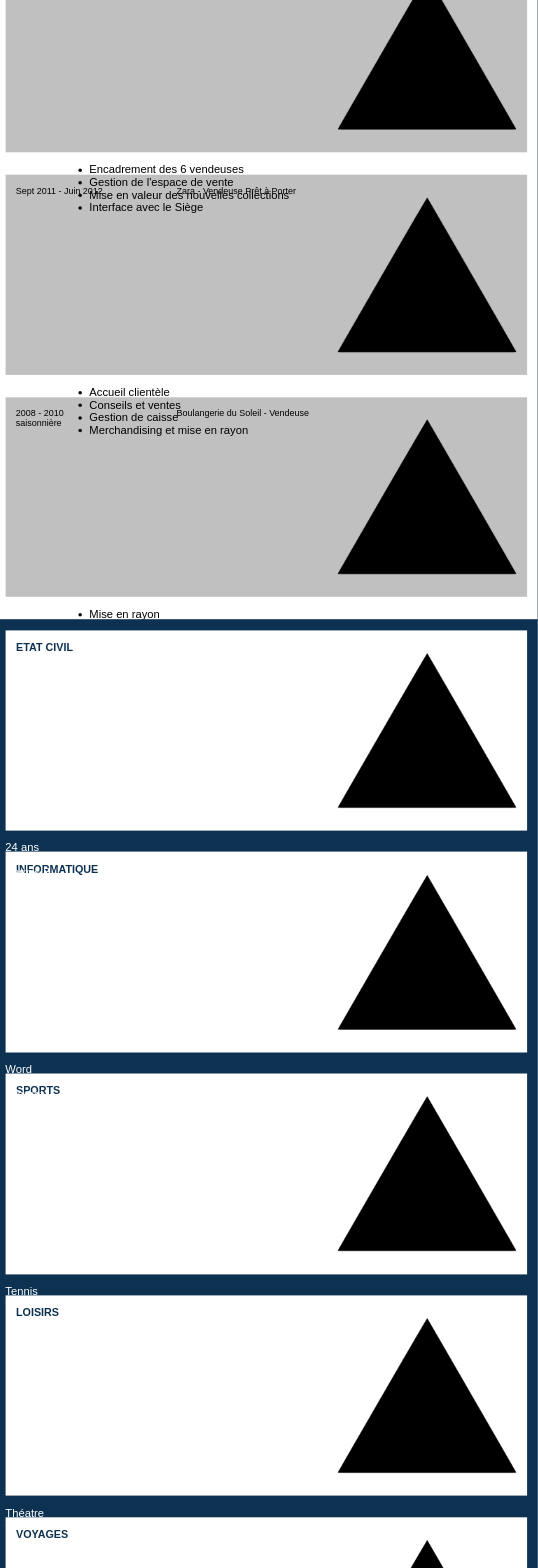
Repository: evalwebmeteofullstack/Gestion_meteo
Page: Notes/Exercices/static/ExoCV/CV.html
An editor plug-in stored every save of this project. The page is shown before and after the next save, followed by the edit.
The browser window is 768 px wide. The pictures show the part of the page from y = 481 to 2721 px (the page is 2987 px tall before and 3067 px after), at 70% of full size.
The first `#CkExp1` is checked.

Above is the page before, as saved 2019-01-29 16:11:00.

### Notes/Exercices/static/ExoCV/CV.html
<!DOCTYPE html5>
<link rel="stylesheet" type="text/css" type="text/css"
	href="StyleCV.css" />
<meta charset="ISO-8859-1">
<meta name="viewport"
	content="user-scalable=no,initial-scale=1, minimum-scale=1, maximum-scale=1, width=device-width">
<html lang="fr">
<head>
<title>CV Alexandra Billu</title>
</head>
<body>
	<!-- *********************************************************************************** -->
	<!-- 								PREMIERE DIV 										-->
	<!-- *********************************************************************************** -->
	<header id="titre">
		<h1>Responsable Point de Vente Prêt à Porter</h1>
	</header>
	<!-- *********************************************************************************** -->
	<!-- 								DEUXIEME DIV 										-->
	<!-- *********************************************************************************** -->
	<div id="divID">
		<header id="imgObe">
			<img src="../Images/obelix-little.gif" />
		</header>
		<article>
			<header>
				<h2>Obelix POTTER</h2>
			</header>
			<p>12, rue Saint-Rome - 31000 Toulouse</p>
			<p>05 61 06 06 06</p>
			<p>06 62 43 56 12</p>
			<p>alex21.billu@gmail.com</p>
		</article>
	</div>
	<!-- *********************************************************************************** -->
	<!-- 								TROISIEME DIV 										-->
	<!-- *********************************************************************************** -->
	<div id="divPro">
		<!-- *********************************************************************************** -->
		<!-- 								SECTION 1 										-->
		<!-- *********************************************************************************** -->
		<section>
			<header>
				<h2>FORMATION</h2>
			</header>
			<article>
				<header>
					<span>Sept 2012 - Juin 2014</span> <span><b>BTS Commerce</b></span>
				</header>
				<p>En alternance à Toulouse</p>
			</article>
			<br />
			<article>
				<header>
					<span>Sept 2010 - Juin 2011</span> <span><b>Baccalauréat
							STMG</b></span>
				</header>
				<p>Lycée Emilie de Rodat à Toulouse</p>
			</article>
		</section>
		<!-- *********************************************************************************** -->
		<!-- 								SECTION 2 										-->
		<!-- *********************************************************************************** -->
		<section id="sectExp">
			<header>
				<h2>EXPERIENCES PROFESSIONNELLES</h2>
			</header>
			<article>
				<label for="CkExp1">
					<span>Jan 2014 - Juin 2014</span> <span>Desigual -
						Responsable Point de Vente</span><img class="triangle"
						src="../Images/triangle-png-6.png">
				</label>
				<input type="checkbox" id="CkExp1">
				<ul id="Ul1">
					<li>Encadrement des 6 vendeuses</li>
					<li>Gestion de l'espace de vente</li>
					<li>Mise en valeur des nouvelles collections</li>
					<li>Interface avec le Siège</li>
				</ul>
			</article>
			<article>
				<label for="CkExp2">
					<span>Sept 2011 - Juin 2012</span> <span>Zara - Vendeuse
						Prêt à Porter</span><img class="triangle"
						src="../Images/triangle-png-6.png">
				</label>
				<input type="checkbox" id="CkExp2">
				<ul id="Ul2">
					<li>Accueil clientèle</li>
					<li>Conseils et ventes</li>
					<li>Gestion de caisse</li>
					<li>Merchandising et mise en rayon</li>
				</ul>
			</article>
			<article>
				<label for="CkExp3">
					<span>2008 - 2010 <br />saisonnière
					</span> <span>Boulangerie du Soleil - Vendeuse</span> <img
						class="triangle" src="../Images/triangle-png-6.png">
				</label>
				<input type="checkbox" id="CkExp3">
				<ul id="Ul3">
					<li>Mise en rayon</li>
					<li>Vente</li>
					<li>Gestion de caisse</li>
				</ul>
			</article>
		</section>
	</div>
	<!-- *********************************************************************************** -->
	<!-- 								QUATRIEME DIV 										-->
	<!-- *********************************************************************************** -->
	<div id="divDivers">
		<!-- **********************************************************************************-->
		<!-- 								SECTION 1								-->
		<!-- *********************************************************************************** -->
		<article>
			<label for="CkCiv">ETAT CIVIL<img class="triangle"
				src="../Images/triangle-png-6.png">
			</label> <input type="checkbox" id="CkCiv">
			<div id="divPCiv">
				<p>24 ans</p>
				<p>Nationalité Française</p>
				<p>Permis B</p>
			</div>
		</article>
		<article>
			<label for="CkInfo">INFORMATIQUE<img class="triangle"
				src="../Images/triangle-png-6.png">
			</label> <input type="checkbox" id="CkInfo">
			<div id="divPInfo">
				<p>Word</p>
				<p>Excel</p>
				<p>Internet</p>
			</div>
		</article>
		<article>
			<label for="CkSport">SPORTS<img class="triangle"
				src="../Images/triangle-png-6.png">

			</label> <input type="checkbox" id="CkSport">
			<div id="divPSport">
				<p>Tennis</p>
				<p>Golf</p>
			</div>
		</article>
		<article>
			<label for="CkLoisir">LOISIRS<img class="triangle"
				src="../Images/triangle-png-6.png">
			</label><input type="checkbox" id="CkLoisir">
			<div id="divPLoisir">
				<p>Théatre</p>
				<p>Cinéma</p>
			</div>
		</article>
		<article>
			<label for="CkVoyage"> VOYAGES<img class="triangle"
				src="../Images/triangle-png-6.png">
			</label><input type="checkbox" id="CkVoyage">
			<div id="divPVoyage">
				<p>Brésil</p>
				<p>Australie</p>
				<p>Argentine</p>
			</div>
		</article>
	</div>
</body>
</html>

### Notes/Exercices/static/ExoCV/StyleCV.css
* {
	box-sizing: border-box;
}

body {
	display: flex;
	flex-direction: row;
	flex-wrap: wrap;
	justify-content: flex-end;
	width: 100%;
	margin: 0;
	font-family: sans-serif;
}

p {
	margin: 0%;
}

h1 {
	margin: 0;
}

#imgObe {
	text-align: center;
}

#imgObe img {
	border: 0.3em solid #c0c0c0;
	border-radius: 0.4em;
}

#titre {
	width: 80%;
	font-size: 1.5em;
	padding-left: 1%;
	margin-bottom: 18%;
}

#divID {
	display: flex;
	flex-direction: column;
	width: 20%;
	background-color: #0D3150;
	color: #ffffff;
	border-bottom: 2px solid #c0c0c0;
	padding-bottom: 1%;
	padding-top: 1%;
	padding-left: 1%;
}

#divID article {
	padding-top: 1%;
}

#divPro {
	display: flex;
	flex-direction: column;
	width: 80%;
	margin-top: -18%;
	padding-left: 1%;
	padding-right: 2%;
	left: 0;
}

#divPro p {
	margin-left: 10em;
}

div section h2 {
	color: #ffffff;
	background-color: #0D3150;
	padding-left: 1%;
	font-size: 1.8em;
}

#sectExp article label {
	background-color: #c0c0c0;
	display: flex;
	flex-direction: row;
}

#sectExp article span {
	width: 70%;
}

#sectExp article ul {
	margin-left: 5em;
}

#divDivers {
	display: flex;
	flex-direction: column;
	width: 20%;
	background-color: #0D3150;
	color: #ffffff;
	padding-left: 1%;
}

#divDivers label {
	color: #0D3150;
	background-color: #ffffff;
	margin-right: 2%;
	padding-left: 1%;
	font-size: 1.2em;
	font-weight: bold;
}

.triangle {
	height: 0;
	opacity: 0;
}

input[type=checkbox] {
	display: none;
}

@media screen and (min-width : 250px) and (max-width: 900px) {
	body {
		display: flex;
		flex-direction: column;
		font-size: 0.8em;
	}
	#divPro section header h2 {
		color: #ffffff;
		background-color: #0D3150;
		padding-left: 2%;
		font-size: 1.5em;
	}
	#sectExp article label {
		padding: 2%;
		margin-top: 2%;
		margin-bottom: 2%;
	}
	#imgObe {
		text-align: right;
		margin-right: 1%;
		background-color: pink;
	}
	#imgObe img {
		max-width: 100%;
		height: auto;
	}
	#titre {
		font-size: 1.2em;
		width: 100%;
		margin-bottom: 0%;
	}
	#divID {
		display: flex;
		flex-direction: row-reverse;
		justify-content: flex-end;
		width: 100%;
		color: black;
		background-color: #ffffff;
		border-bottom: 0;
	}
	#divID article {
		width: 80%;
	}
	#divID article header {
		color: #ffffff;
		background-color: #0D3150;
		padding-left: 2%;
		font-size: 1em;
	}
	#divPro {
		width: 100%;
		margin-top: 0%;
	}
	#divDivers {
		width: 100%;
	}
	#divDivers label {
		display: flex;
		justify-content: space-between;
		padding: 2%;
		margin-top: 2%;
		margin-bottom: 2%;
	}
	#sectExp article header {
		padding-right: 1%;
	}
	.triangle {
		height: 2%;
		opacity: 1;
	}

	#sectExp article
	#Ul1, #Ul2, #Ul3 {
		height: 0px;
		/*opacity: 0;*/
		transition: 1s;
		visibility: hidden;
	}
	#CkExp1:checked+#Ul1 {
		/*display: flex;
		flex-direction: column;*/
		/*height: 80px;
		opacity: 1;
		transition: 1s;*/
		visibility:visible;
	}
	#CkExp2:checked+#Ul2 {
		/*height: 80px;
		opacity: 1;
		transition: 1s;
		animation: spin 2s;*/
		visibility: visible;
	}
	#CkExp3:checked+#Ul3 {
		/*height: 80px;
		opacity: 1;
		transition: 1s;*/
		visibility:visible;
	}
	#divDivers article
	#divPCiv, #divPInfo, #divPSport, #divPLoisir, #divPVoyage {
		height: 0;
		opacity: 0;
		transition: 1s;
	}
	#CkCiv:checked+#divPCiv {
		height: 80px;
		opacity: 1;
		transition: 1s;
	}
	#CkInfo:checked+#divPInfo {
		height: 80px;
		opacity: 1;
		transition: 1s;
	}
	#CkSport:checked+#divPSport {
		height: 80px;
		opacity: 1;
		transition: 1s;
	}
	#CkLoisir:checked+#divPLoisir {
		height: 80px;
		opacity: 1;
		transition: 1s;
	}
	#CkVoyage:checked+#divPVoyage {
		height: 80px;
		opacity: 1;
		transition: 1s;
	}
}

After the next save:
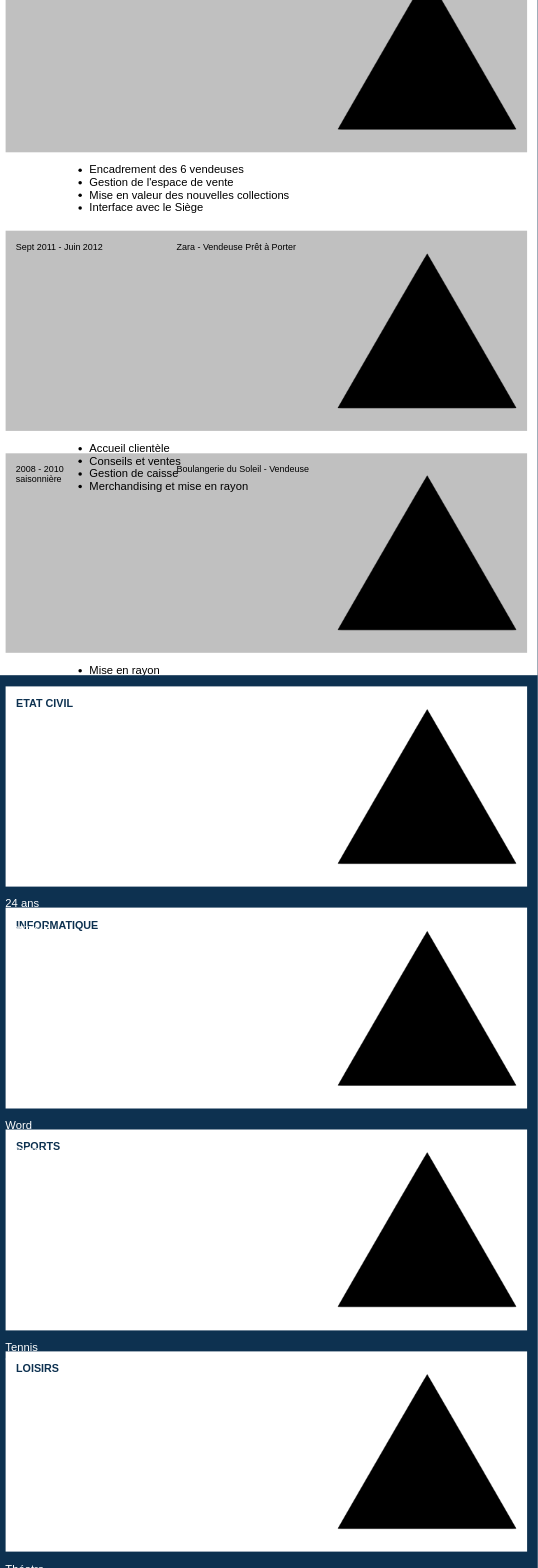
Saved 76 s later.
--- a/Notes/Exercices/static/ExoCV/StyleCV.css
+++ b/Notes/Exercices/static/ExoCV/StyleCV.css
@@ -195,9 +195,9 @@ input[type=checkbox] {
 	#CkExp1:checked+#Ul1 {
 		/*display: flex;
 		flex-direction: column;*/
-		/*height: 80px;
-		opacity: 1;
-		transition: 1s;*/
+		height: 80px;
+		/*opacity: 1;*/
+		transition: 1s;
 		visibility:visible;
 	}
 	#CkExp2:checked+#Ul2 {
